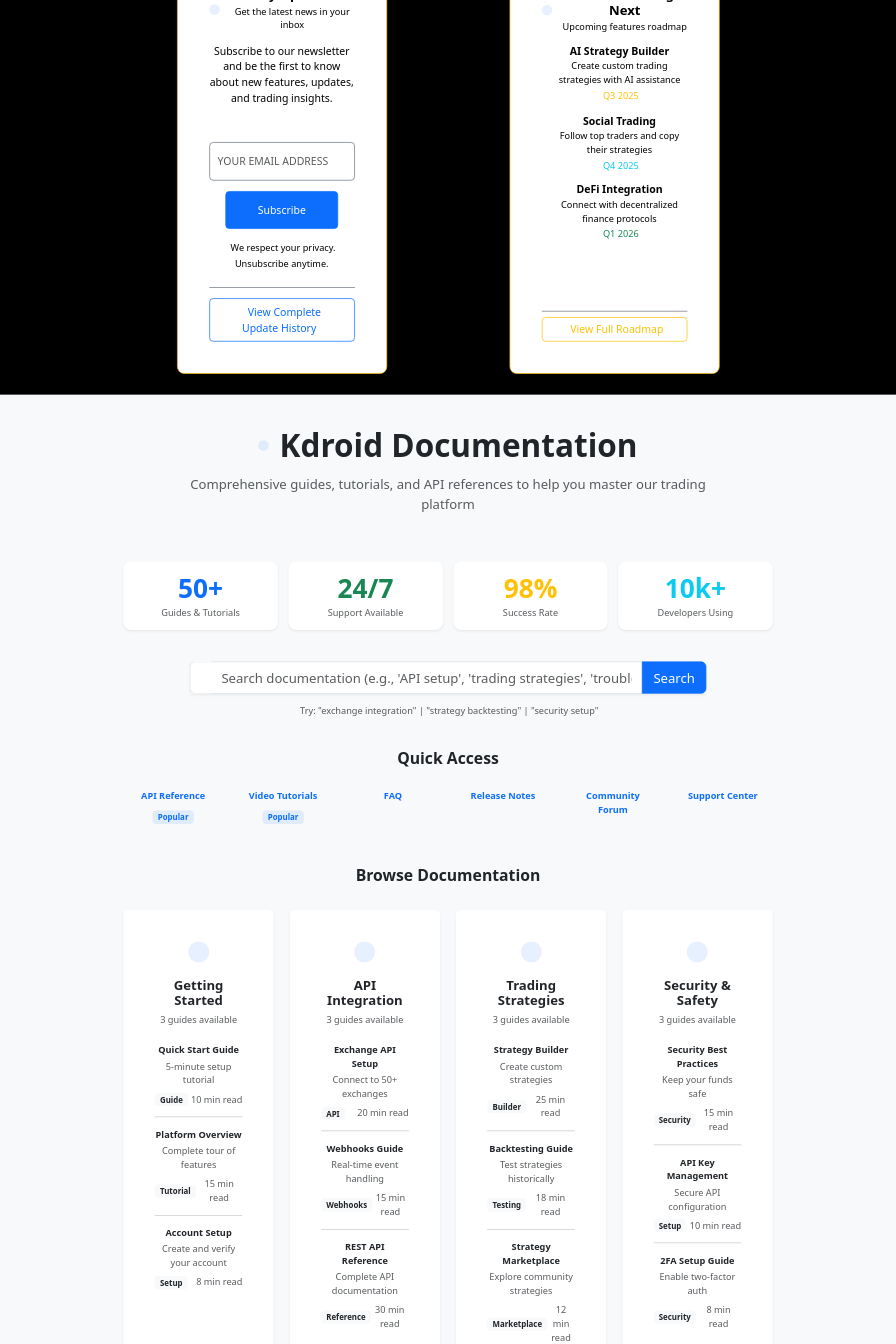
Repository: Kevin-Pro-Codes/halo-trading
Page: /
These files come from the project's save history. The page is drawn as it stood at one moment and after the next save; the edit follows.
The browser window is 1280 px wide. The pictures show the part of the page from y = 4580 to 6500 px (the page is 19120 px tall before and 19148 px after), at 70% of full size.
The page's requests for data from a server got no answer. The project was rebuilt for these pictures with package versions that can differ from the ones it lists, and the page was loaded fresh each time. Some packages were replaced by stand-ins written for this rebuild. No one was signed in, and anything a server would have sent is missing. Also part of the build but not shown: vite.config.js, src/styles/DocStyle.css, src/styles/PricingStyle.css.

Above is the page before, as saved 2025-12-09 22:54:42.

After the next save:
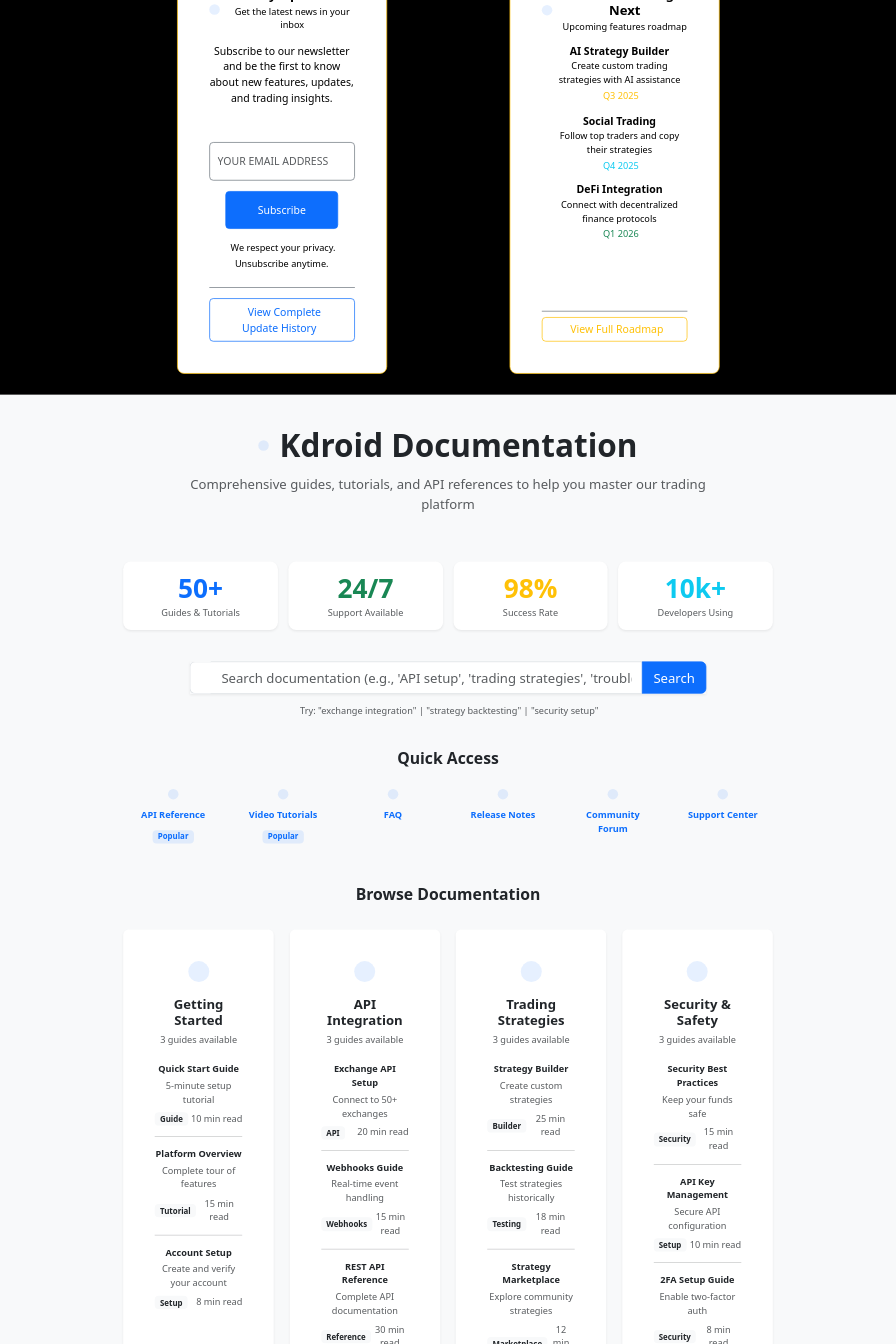
Saved 11 s later.
--- a/src/components/DocSection.jsx
+++ b/src/components/DocSection.jsx
@@ -170,7 +170,9 @@ const DocSection = () => {
 
               <div className="card-body text-center d-flex flex-column justify-content-between p-3">
                 <div>
-
+                  <div className={`bg-${link.popular ? 'primary' : 'light'} bg-opacity-10 p-2 rounded-circle d-inline-block mb-2`}>
+                    <i className={`bi ${link.icon} text-${link.popular ? 'primary' : 'dark'} fs-5`}></i>
+                  </div>
                   <div className="fw-bold small">{link.title}</div>
                 </div>
                 <div className="mt-2" style={{ minHeight: '24px' }}> {/* Fixed height for badge area */}
@@ -178,8 +180,8 @@ const DocSection = () => {
                     <span className="badge bg-primary bg-opacity-10 text-primary small">Popular</span>
                   )}
                 </div>
-              </div>
-
+
+            </div>
           </a>
         </div>
       ))}
